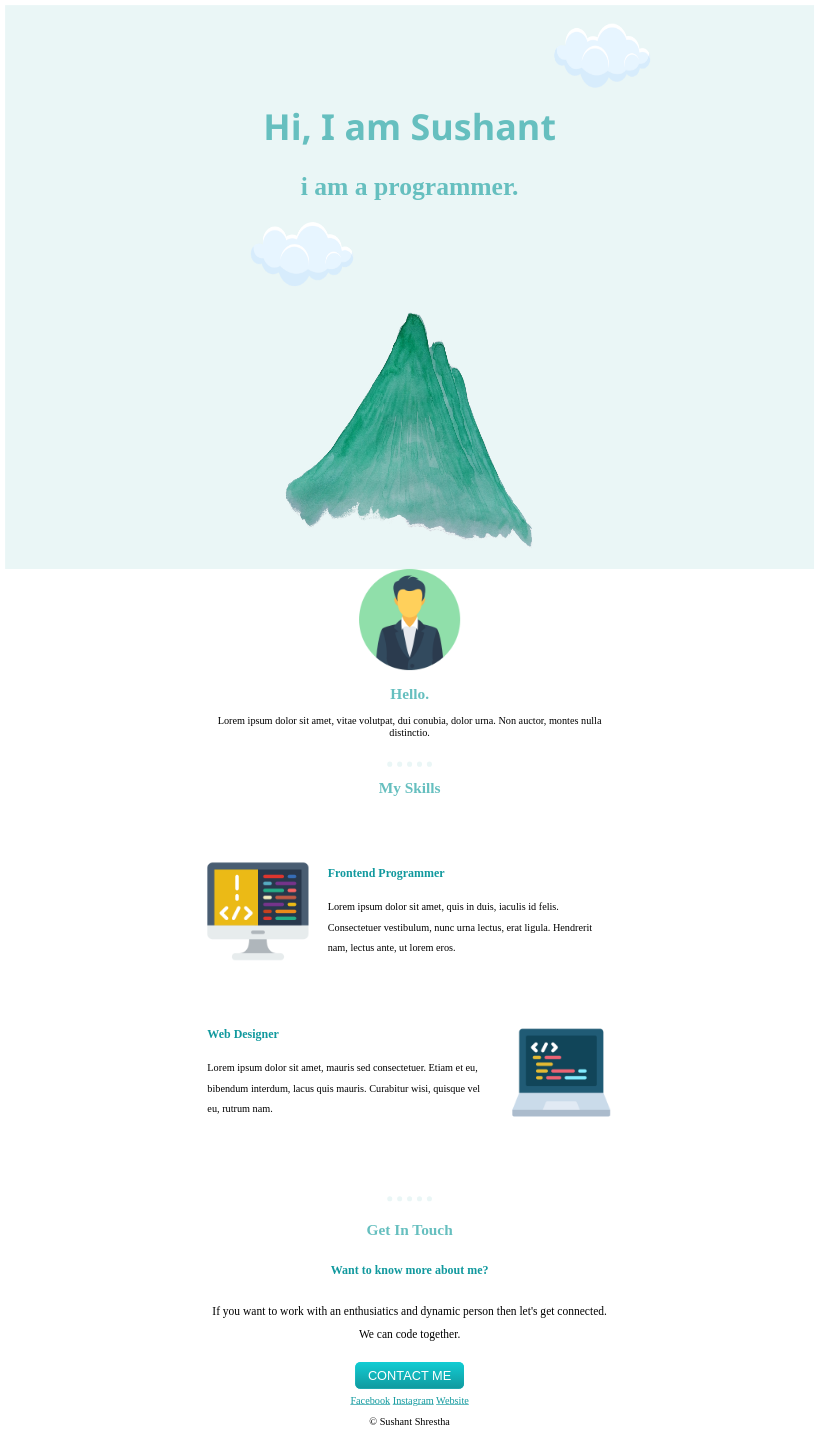
Repository: Sushant203/myPersonalSite
Page: index.html
An editor plug-in stored every save of this project. The page is shown before and after a run of saves, followed by the edit.
The browser window is 1280 px wide. The pictures show the whole page, at 64% of full size.

Above is the page before, as saved 2022-12-13 19:19:39.

After the next 3 saves:
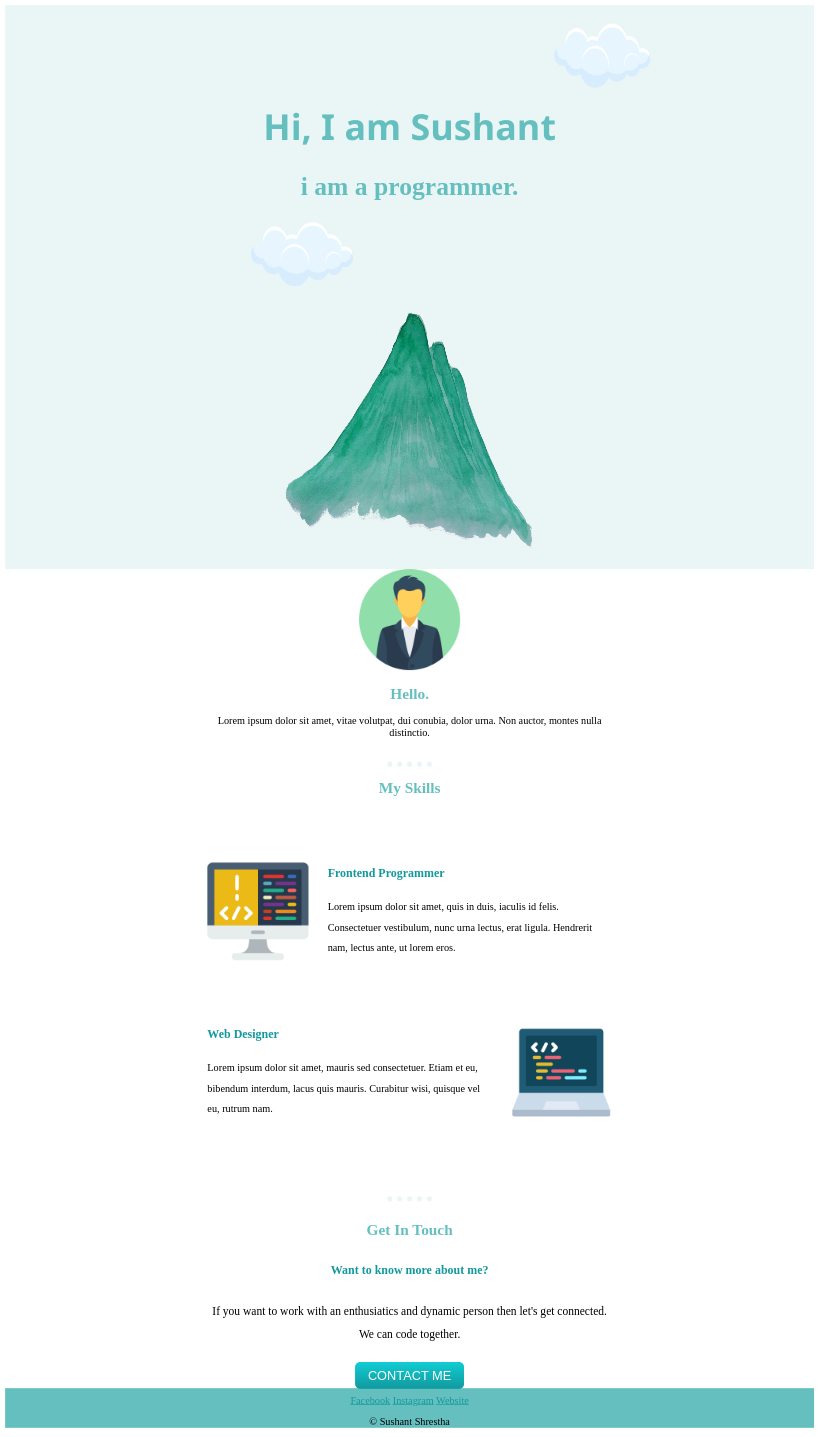
The 3 saves are shown as one change because they came seconds apart.
The last was saved 49 s later.
--- a/css/style.css
+++ b/css/style.css
@@ -157,4 +157,5 @@ hr{
   .bottom-container{
     text-align: center;
     padding-top: 10px;
+    background-color: #66BFBF;
   }
